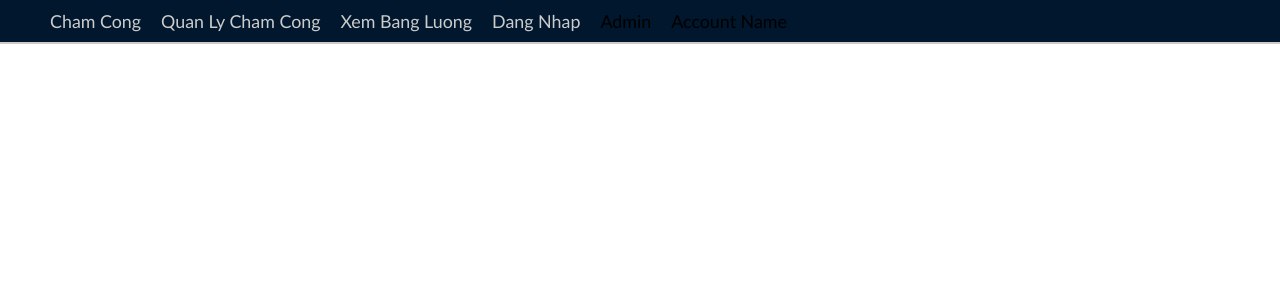
Repository: LDDUNG2003/a
Page: index.html
These files come from the project's save history. The page is drawn as it stood at one moment and after the next save; the edit follows.
The browser window is 1280 px wide. The pictures show the whole page.
The pointer rests on the first visible `.navBar--items`.

Above is the page before, as saved 2023-10-13 23:46:19.

After the next save:
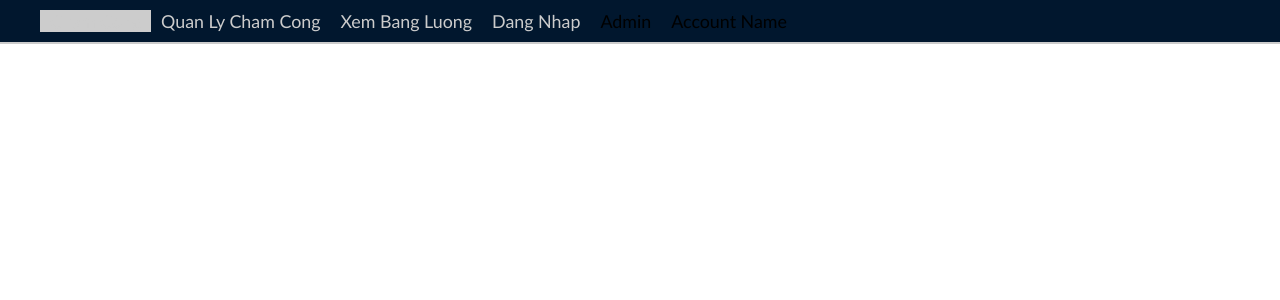
Saved 19 s later.
--- a/controlView/css/base.css
+++ b/controlView/css/base.css
@@ -43,7 +43,7 @@ body {
 }
 
 .navBar--items:hover {
-    background-color: ;
+    background-color: var(--text-color);
 }
 
 .navbar--link {
